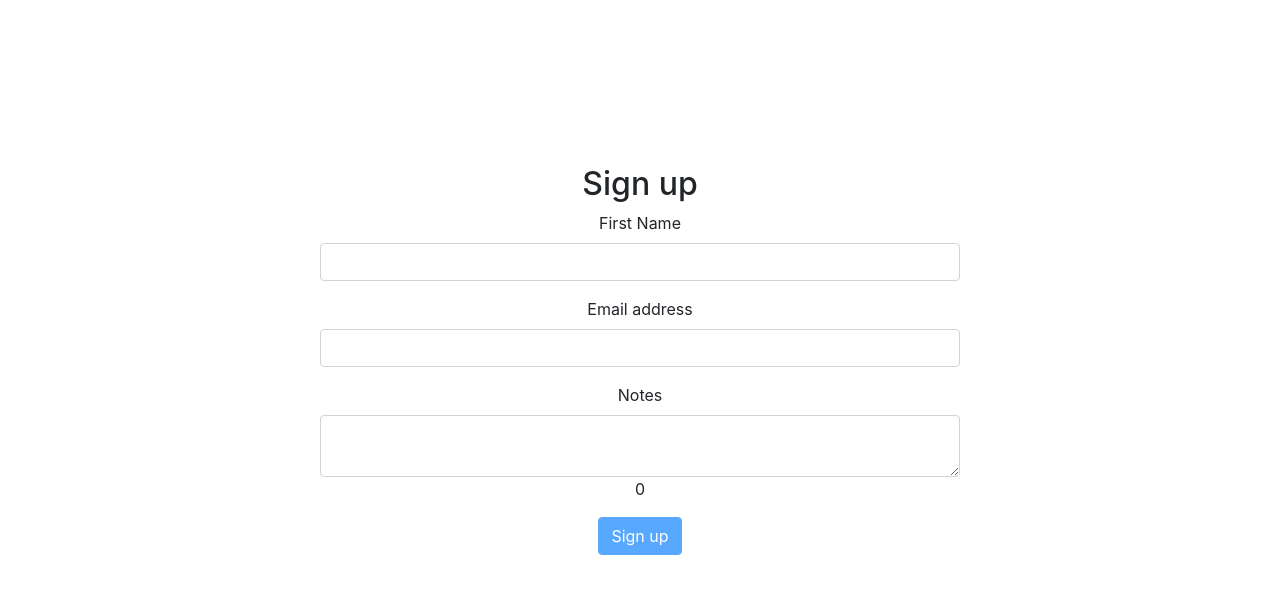
Repository: jklodge/react-form
Page: / (app in adzuna-form/)
These files come from the project's save history. The page is drawn as it stood at one moment and after the next save; the edit follows.
The browser window is 1280 px wide. The pictures show the whole page.
The project was rebuilt for these pictures with package versions that can differ from the ones it lists, and the page was loaded fresh each time.

Above is the page before, as saved 2020-01-09 11:22:17.

### adzuna-form/src/App.js
import React from "react";
import "bootstrap/dist/css/bootstrap.css";
// import "bootstrap/dist/css/bootstrap-theme.css";
import "./App.css";
import Form from "./Components/Form.js";

function App() {
  return (
    <div className="App">
      <main>
        <Form />
      </main>
    </div>
  );
}

export default App;

### adzuna-form/src/Components/Form.js
import React, { Component } from "react";
import "./Form.scss";
class Form extends Component {
  state = {
    email: "",
    name: "",
    notes: "",
    errorValidation: { email: "", name: "", notes: "" },
    emailValid: false,
    nameValid: false,
    notesValid: false,
    formValid: false
  };

  handleChange = e => {
    const value = e.target.value;
    this.setState({
      ...this.state,
      [e.target.name]: value
    });
    console.log(this.state);
  };

  characterCount = e => {};

  validateField = e => {
    const value = e.target.value;
    const name = e.target.name;

    let fieldValidationErrors = this.state.errorValidation;
    let emailValid = this.state.emailValid;
    let nameValid = this.state.nameValid;
    let notesValid = this.state.notesValid;

    switch (name) {
      case "email":
        emailValid = value.match(/^([\w.%+-]+)@([\w-]+\.)+([\w]{2,})$/i);
        fieldValidationErrors.email = emailValid ? "" : " is invalid";
        break;
      case "name":
        console.log("n", value.length);
        nameValid = value.length >= 2;
        fieldValidationErrors.name = nameValid ? "" : " is too short";
        break;
      case "notes":
        console.log("n", value.length);
        notesValid = value.length >= 20;
        fieldValidationErrors.notes = notesValid ? "" : " is too short";
        break;
      default:
        break;
    }
    this.setState(
      {
        errorValidation: fieldValidationErrors,
        emailValid: emailValid,
        nameValid: nameValid
      },
      this.validateForm
    );
    console.log("2", this.state);
  };

  validateForm = () => {
    this.setState({
      formValid: this.state.emailValid && this.state.nameValid
    });
  };

  errorClass = error => {
    return error.length === 0 ? "" : "is-invalid";
  };

  render() {
    return (
      <div className="adzuna-form">
        <form className="form-container">
          <h2>Sign up</h2>
          <div className={`form-group `}>
            <label htmlFor="text">First Name</label>
            <input
              type="text"
              className={`form-control ${this.errorClass(
                this.state.errorValidation.name
              )}`}
              name="name"
              value={this.state.name}
              onChange={this.handleChange}
              onBlur={this.validateField}
              required
            />
          </div>
          <p>{this.state.errorValidation.name ? "is too short" : ""}</p>

          <div className={`form-group `}>
            <label htmlFor="email">Email address</label>
            <input
              type="email"
              className={`form-control ${this.errorClass(
                this.state.errorValidation.email
              )}`}
              name="email"
              value={this.state.email}
              onChange={this.handleChange}
              onBlur={this.validateField}
              required
            />
            <p>{this.state.errorValidation.email ? "Is invalid" : ""}</p>
          </div>
          <div className={`form-group `}>
            <label htmlFor="comment">Notes</label>
            <textarea
              type="text"
              className="form-control"
              name="notes"
              value={this.state.notes}
              onChange={this.handleChange}
              onBlur={this.validateField}
              required
            />
            <span>{this.state.notes.length}</span>
            <p>
              {this.state.errorValidation.notes
                ? "Needs to be more than 20 characters"
                : ""}
            </p>
          </div>
          <button
            type="submit"
            className="btn btn-primary"
            disabled={!this.state.formValid}
          >
            Sign up
          </button>
        </form>
      </div>
    );
  }
}
export default Form;

### adzuna-form/src/Components/Form.scss
.adzuna-form {
  align-items: center;
  display: flex;
  flex-direction: column;
  height: 100vh;
  justify-content: center;

  .form-container {
    width: 50%;
  }

  .form {
    margin: 20px;
  }

  .is-invalid {
    border-color: #dc3545;
  }
}

Loaded but not shown: adzuna-form/public/index.html (common file); adzuna-form/src/index.js (common file); adzuna-form/src/index.css (common file); adzuna-form/src/serviceWorker.js (common file); adzuna-form/src/App.css (common file)

After the next save:
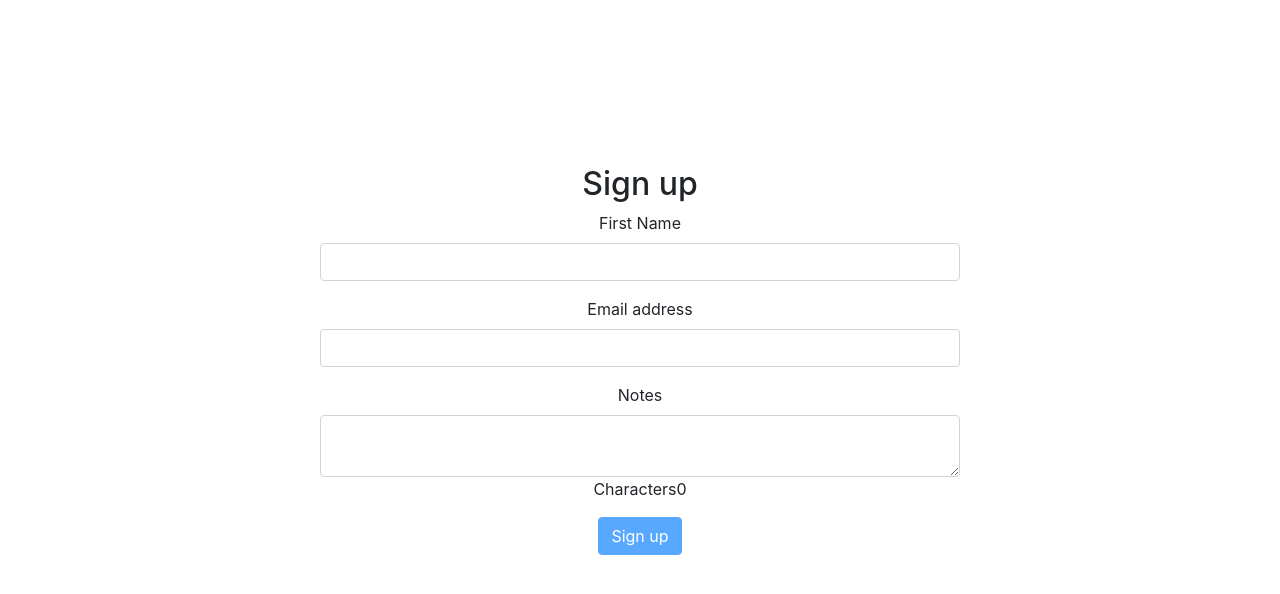
Saved 68 s later.
--- a/adzuna-form/src/Components/Form.js
+++ b/adzuna-form/src/Components/Form.js
@@ -118,6 +118,7 @@ class Form extends Component {
               onBlur={this.validateField}
               required
             />
+            <span>Characters</span>
             <span>{this.state.notes.length}</span>
             <p>
               {this.state.errorValidation.notes
